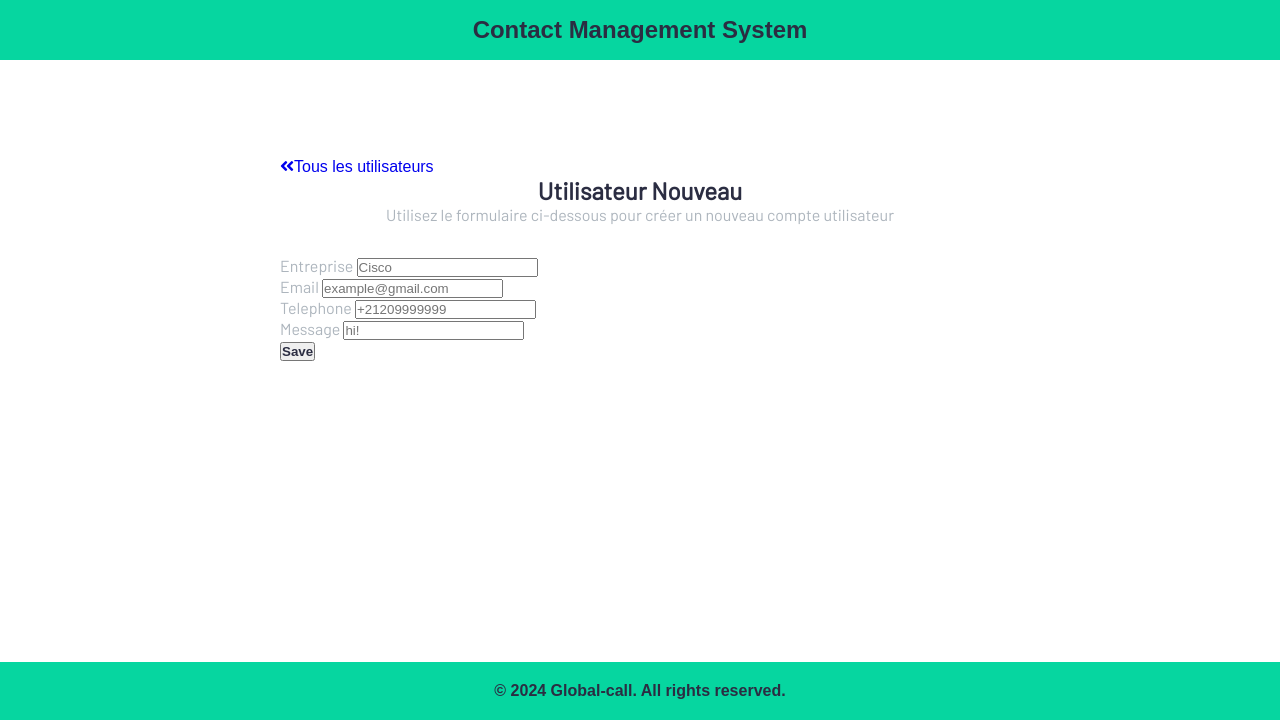
Repository: mohamed-makrani/Global_Development_Service_DBMS
Page: views/add_user.ejs
These files come from the project's save history. The page is drawn as it stood at one moment and after the next save; the edit follows.
The browser window is 1280 px wide. The pictures show the whole page.
Some web fonts or font styles are not loaded; a fallback is used. The page is served by the project's Node server (DBMS/server.js). The template is opened directly, without the code that normally fills it, so the values that code supplies are empty.

Above is the page before, as saved 2024-04-22 21:47:33.

### views/add_user.ejs
<!-- include header -->
<%- include('include/_header') %>
<!-- include header -->

<!-- Main Site -->
<main id="site-main">
  <div class="container">
    <div class="box-nav d-flex justify-between">
      <div class="filter">
        <a href="/"
          ><i class="fas fa-angle-double-left"></i>Tous les utilisateurs</a
        >
      </div>
    </div>

    <div class="form-title text-center">
      <h2 class="text-dark">Utilisateur Nouveau</h2>
      <span class="text-light"
        >Utilisez le formulaire ci-dessous pour créer un nouveau compte
        utilisateur</span
      >
    </div>
    <%- include('include/_form') %>
  </div>
</main>
<!-- /Main Site -->

<!-- include footer -->
<%- include('include/_footer') %>
<!-- /include footer -->

### views/include/_header.ejs
<!DOCTYPE html>
<html lang="en">
  <head>
    <meta charset="UTF-8" />
    <meta name="viewport" content="width=device-width, initial-scale=1.0" />
    <title>Management System</title>

    <link
      rel="stylesheet"
      href="https://cdnjs.cloudflare.com/ajax/libs/font-awesome/5.15.1/css/all.min.css"
      integrity="sha512-+4zCK9k+qNFUR5X+cKL9EIR+ZOhtIloNl9GIKS57V1MyNsYpYcUrUeQc9vNfzsWfV28IaLL3i96P9sdNyeRssA=="
      crossorigin="anonymous"
    />
    <link rel="stylesheet" href="css/style.css" />
  </head>
  <body>
    <!-- Header -->
    <header id="header">
      <nav>
        <div class="container">
          <div class="text-center">
            <a href="/" class="nav-brand text-dark">
              Contact Management System
            </a>
          </div>
        </div>
      </nav>
    </header>
    <!-- /Header -->
  </body>
</html>

### views/include/_form.ejs
<!-- form handling -->
<form action="/api/users" method="POST" id="add_user">
  <div class="new_user">
    <div class="form-group">
      <label for="entreprise" class="text-light">Entreprise</label>
      <input type="hidden" name="id" value="" />
      <input type="text" name="entreprise" value="" placeholder="Cisco" />
    </div>
    <div class="form-group">
      <label for="Email" class="text-light">Email</label>
      <input
        type="text"
        name="email"
        value=""
        placeholder="example@gmail.com"
      />
    </div>

    <div class="form-group">
      <label for="telephone" class="text-light">Telephone</label>
      <input type="text" name="telephone" value="" placeholder="+21209999999" />
    </div>

    <div class="form-group">
      <label for="message" class="text-light">Message</label>
      <input type="text" name="message" value="" placeholder="hi!" />
    </div>

    <div class="form-group">
      <button type="submit" class="btn text-dark update">Save</button>
    </div>
  </div>
</form>

### views/include/_footer.ejs
<!DOCTYPE html>
<html lang="en">
  <head>
    <meta charset="UTF-8" />
    <meta name="viewport" content="width=device-width, initial-scale=1.0" />
    <style>
      /* Existing CSS styles */
      /* Include your CSS files or styles here */
      body {
        text-decoration: none;
        font-family: "PT Sans", sans-serif;
      }

      /* New CSS rules */
      .text-dark {
        color: var(--dark);
        font-weight: bold; /* Added bold font weight */
      }

      /* CSS styles for the footer */
      footer {
        background-color: #06d6a0;
        color: #fff;
        padding: 20px 0;
        text-align: center;
        position: fixed;
        bottom: 0;
        width: 100%;
      }

      .container {
        max-width: 720px;
        margin: auto;
      }

      .container p {
        margin: 0;
        font-size: 1em;
      }
    </style>
  </head>
  <body>
    <!-- Your existing content goes here -->
    <script
      src="https://cdnjs.cloudflare.com/ajax/libs/jquery/3.5.1/jquery.min.js"
      integrity="sha512-bLT0Qm9VnAYZDflyKcBaQ2gg0hSYNQrJ8RilYldYQ1FxQYoCLtUjuuRuZo+fjqhx/qtq/1itJ0C2ejDxltZVFg=="
      crossorigin="anonymous"
    ></script>
    <script src="/js/index.js"></script>

    <!-- Footer -->
    <footer>
      <div class="container">
        <p class="text-dark">© 2024 Global-call. All rights reserved.</p>
      </div>
    </footer>
  </body>
</html>

### DBMS/server.js
const express = require('express');
const dotenv = require('dotenv');
const morgan = require('morgan');
const bodyparser = require("body-parser");
const path = require('path');

const app = express();

dotenv.config( { path : 'config.env'} )

const PORT = process.env.PORT || 8080

// log requests
app.use(morgan('tiny'));

// parse request to body-parser
app.use(bodyparser.urlencoded({ extended : true}))

// set view engine
app.set("view engine", "ejs")
//app.set("views", path.resolve(__dirname, "views/ejs"))

// load assets
app.use('/css', express.static(path.resolve(__dirname, "assets/css")))
app.use('/img', express.static(path.resolve(__dirname, "assets/img")))
app.use('/js', express.static(path.resolve(__dirname, "assets/js")))


app.get('/', (req, res) => {
  res.send("it's me, the app");
});

app.listen(PORT, () => {
    console.log(`server is running on port ${PORT}`);
  });

### DBMS/assets/css/style.css
@import url('https://fonts.googleapis.com/css2?family=Barlow&family=PT+Sans&display=swap');

:root {
    --dark: #2b2d42;
    --light: #adb5bd;
    --border: #dee2e6;
    --border-btn: #edf2f4;
}

* {
    padding: 0;
    margin: 0;
    box-sizing: border-box;
}

a {
    text-decoration: none;
    font-family: 'PT Sans', sans-serif;
}

.container {
    max-width: 720px;
    margin: auto;
}

.nav-brand {
    font-size: 1.5em;
    font-weight: bold;
}

.d-flex {
    display: flex;
    flex-wrap: wrap;
}

.justify-between {
    justify-content: space-between;
}

.text-center {
    text-align: center;
}

.border-shadow {
    border: 1px solid var(--border-btn);
    box-shadow: 1px 3px 10px #e9ecef;
}

.text-dark {
    color: var(--dark);
}

.inline {
    display: inline-block;
}

.text-light {
    color: var(--light);
}

.text-gradient {
    background: linear-gradient(to right, #8e2de2, #4a00e0);
    -webkit-background-clip: text;
    background-clip: text;
    -webkit-text-fill-color: transparent;
}

#header nav {
    background-color: #06d6a0;
    padding: 1em 0;
    width: 100%;
}

#site-main {
    margin-top: 6em;
    font-family: 'Barlow', sans-serif;
}

#site-main .container .box-nav > a {
    font-size: 1em;
    padding: .5em 1em;
}

#site-main .container form {
    margin: 2em 0;
}

table {
    border-spacing: 0px;
    width: 100%;
}

.table td,
.table th {
    padding: 1.5em; /* Adjust padding to add space */
    vertical-align: top;
    text-align: center;
    border-top: 1px solid var(--border);
}

.table td > a.btn {
    display: inline-block;
    vertical-align: middle;
    margin-right: 0.2em;
}

.table tr {
    height: 3em;
}

.table tr:hover {
    background-color: #06d6a0;
}

.table tr:hover td > a {
    box-shadow: none;
}

.table .thead-dark th {
    color: #fff;
    background-color: var(--dark);
    border-color: #32383e;
}

@media only screen and (max-width: 1024px) {
    table,
    thead,
    tbody,
    th,
    td,
    tr {
        display: block;
    }

    thead tr {
        position: absolute;
        top: -9999px;
        left: -9999px;
    }

    tr {
        border: 1px solid var(--border);
    }

    td {
        border: none;
        position: relative;
    }
}

Loaded but not shown: DBMS/assets/js/index.js (no copy from this time; the picture is the same without it)

After the next save:
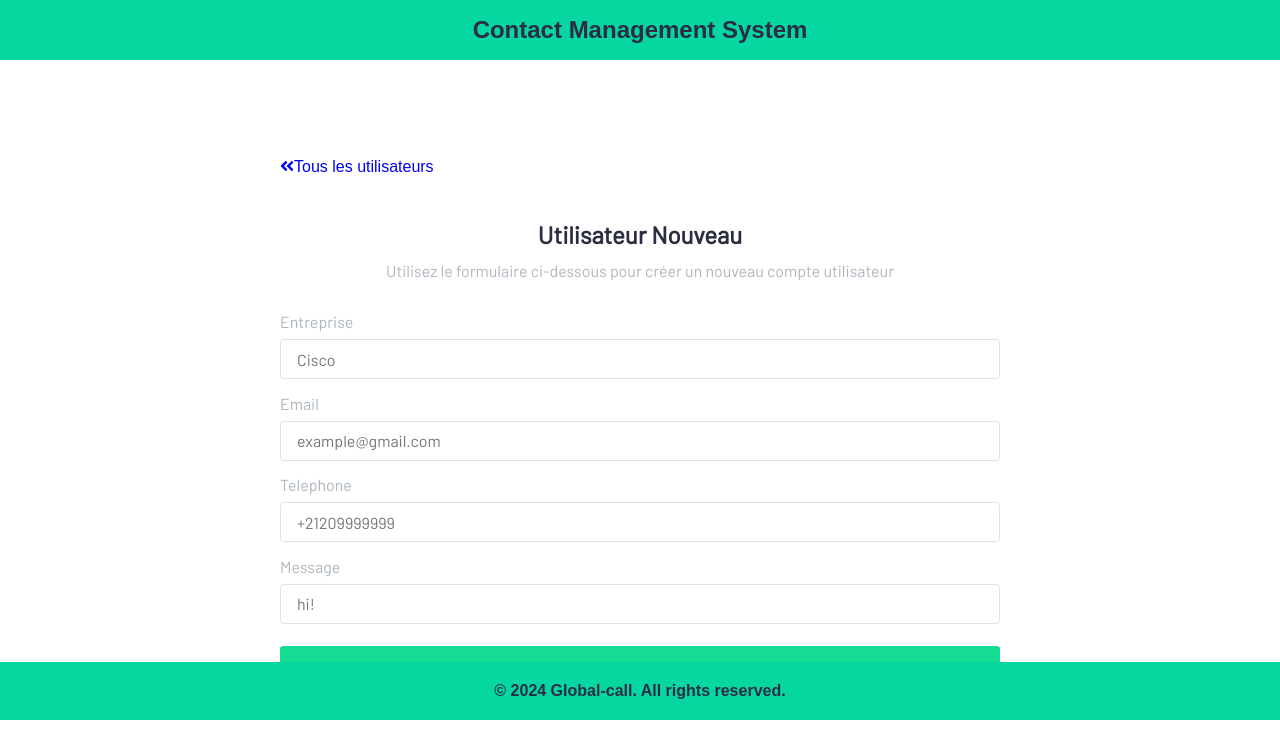
Saved 8 s later.
--- a/DBMS/assets/css/style.css
+++ b/DBMS/assets/css/style.css
@@ -147,3 +147,97 @@ table {
         position: relative;
     }
 }
+
+/*  add user & update user template */
+.form-title{
+    margin-top: 2em;
+}
+
+.form-title > h2{
+    padding: .5em 0;
+}
+
+.new_user{
+    max-width: 786px;
+    margin: auto;
+}
+
+#update_user .form-group,
+#add_user .form-group{
+    margin: .4em 0;
+}
+
+#update_user .form-group input[type="text"],
+#add_user .form-group input[type="text"]{
+    width: 100%;
+    padding: .6em 1em;
+    margin: .5em 0;
+    border: 1px solid var(--border);
+    font-family: 'Barlow', sans-serif;
+    font-size: 1em;
+    border-radius: .2em;
+}
+
+#update_user .form-group .radio,
+#add_user .form-group .radio{
+    margin: 1em 2em;
+}
+
+/* adding style to radio buttons */
+.radio input[type='radio']{
+    position: absolute;
+    opacity: 0;
+}
+
+.radio input[type='radio'] + .radio-label:before{
+    content: "";
+    background: var(--border-btn);
+    border-radius: 100%;
+    border: 1px solid var(--border);
+    display: inline-block;
+    width: 1em;
+    height: 1em;
+    position: relative;
+    top: -0em;
+    margin-right: .5em;
+    vertical-align: top;
+    cursor: pointer;
+    text-align: center;
+    -webkit-transition: all 250ms ease;
+    transition: all 250ms ease;
+}
+
+.radio input[type='radio']:checked + .radio-label:before{
+    background-color: #16db93;
+    box-shadow: inset 0 0 0 4px #e9ecef;
+}
+
+.radio input[type='radio']:focus + .radio-label:before{
+    outline: none;
+    border-color:#16db93;
+}
+
+.radio input[type='radio']:disabled + .radio-label:before{
+    box-shadow: inset 0 0 0 4px #e9ecef;
+    border-color: #b4b4b4;
+    background: #b4b4b4;
+}
+
+#update_user .form-group .btn,
+#add_user .form-group .btn{
+    width: 100%;
+    padding: .9em 1em;
+    background-color:#16db93;
+    border: none;
+    font-family: 'PT Sans', sans-serif;
+    font-size: 1em;
+    cursor: pointer;
+    border-radius: .2em;
+    margin: .5em 0;
+}
+
+#update_user .form-group .btn:hover,
+#add_user .form-group .btn:hover{
+    background-color: var(--dark);
+    color: var(--border);
+}
